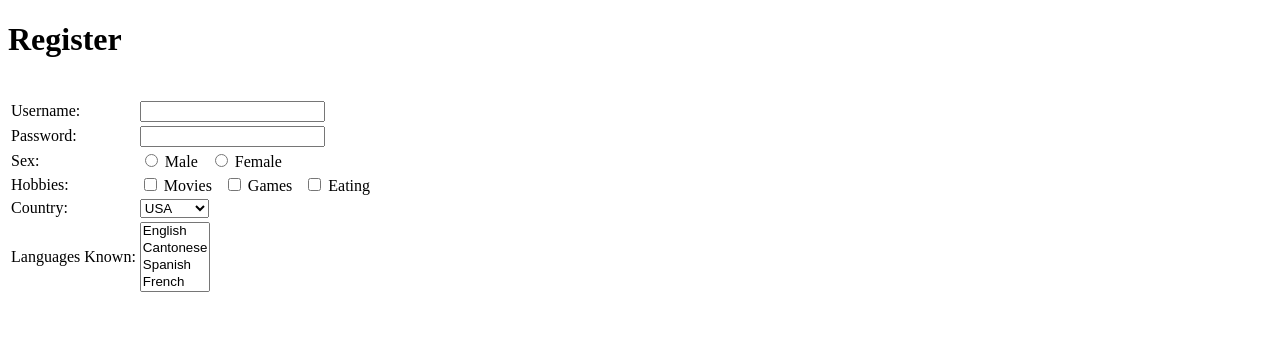
Repository: devjackluo/Java-Servlet-Demo
Page: ServletAppDemo/WebContent/Register.html
These files come from the project's save history. The page is drawn as it stood at one moment and after the next save; the edit follows.
The browser window is 1280 px wide. The pictures show the whole page.

Above is the page before, as saved 2019-01-31 22:46:10.

### ServletAppDemo/WebContent/Register.html
<!DOCTYPE html>
<html>
<head>
<meta charset="UTF-8">
<title>Register Here</title>
</head>
<body>
	<h1>Register</h1>
	<br>
	<form name="f1" method="GET" action="/ServletAppDemo/Register">
		<table>
			<tbody>
				<tr>
					<td>Username: </td>
					<td><input type="text" name="username"></td>
				</tr>
				<tr>
					<td>Password: </td>
					<td><input type="password" name="password"></td>
				</tr>
				<tr>
					<td>Sex: </td>
					<td>
						<input type="radio" name="gender" value="Male"> Male
						&nbsp;
						<input type="radio" name="gender" value="Female"> Female
					</td>
				</tr>
				<tr>
					<td>Hobbies: </td>
					<td>
						<input type="checkbox" name="hobbies" value="Movies"> Movies
						&nbsp;
						<input type="checkbox" name="hobbies" value="Games"> Games
						&nbsp;
						<input type="checkbox" name="hobbies" value="Eating"> Eating
					</td>
				</tr>
				<tr>
					<td>Country: </td>
					<td>
						<select name="country">
							<option value="USA">USA</option>
							<option value="China">China</option>
							<option value="Mexico">Mexico</option>
							<option value="Canada">Canada</option>
						</select>
					</td>
				</tr>
				<tr>
					<td>Languages Known: </td>
					<td>
						<select name="languages" multiple="multiple">
							<option value="English">English</option>
							<option value="Cantonese">Cantonese</option>
							<option value="Spanish">Spanish</option>
							<option value="French">French</option>
							<option value="Arablic">Arabic</option>
						</select>
					</td>
				</tr>
			</tbody>
		</table>
	</form>
</body>
</html>

After the next save:
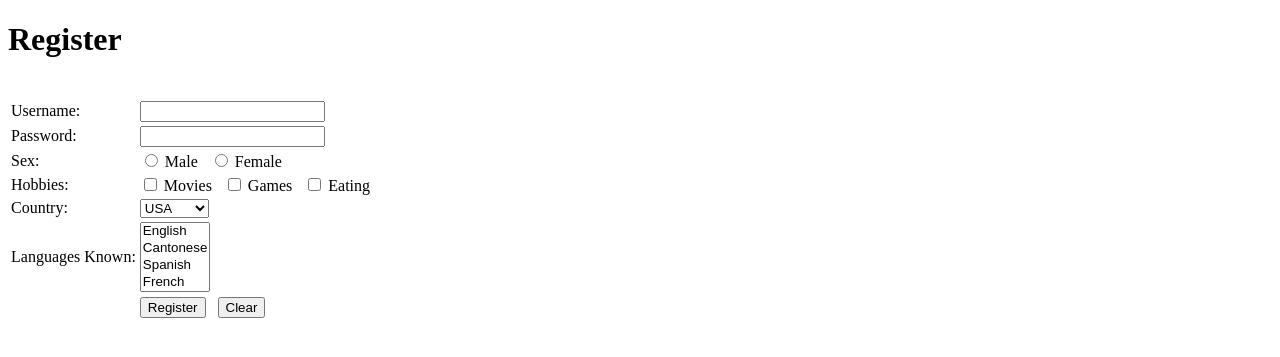
Saved 99 s later.
--- a/ServletAppDemo/WebContent/Register.html
+++ b/ServletAppDemo/WebContent/Register.html
@@ -59,6 +59,13 @@
 						</select>
 					</td>
 				</tr>
+				<tr>
+					<td>&nbsp;</td>
+					<td>
+						<input type="submit" value="Register" name="btnRegister"/> &nbsp;
+						<input type="reset" value="Clear" name="btnClear"/>
+					</td>
+				</tr>
 			</tbody>
 		</table>
 	</form>
